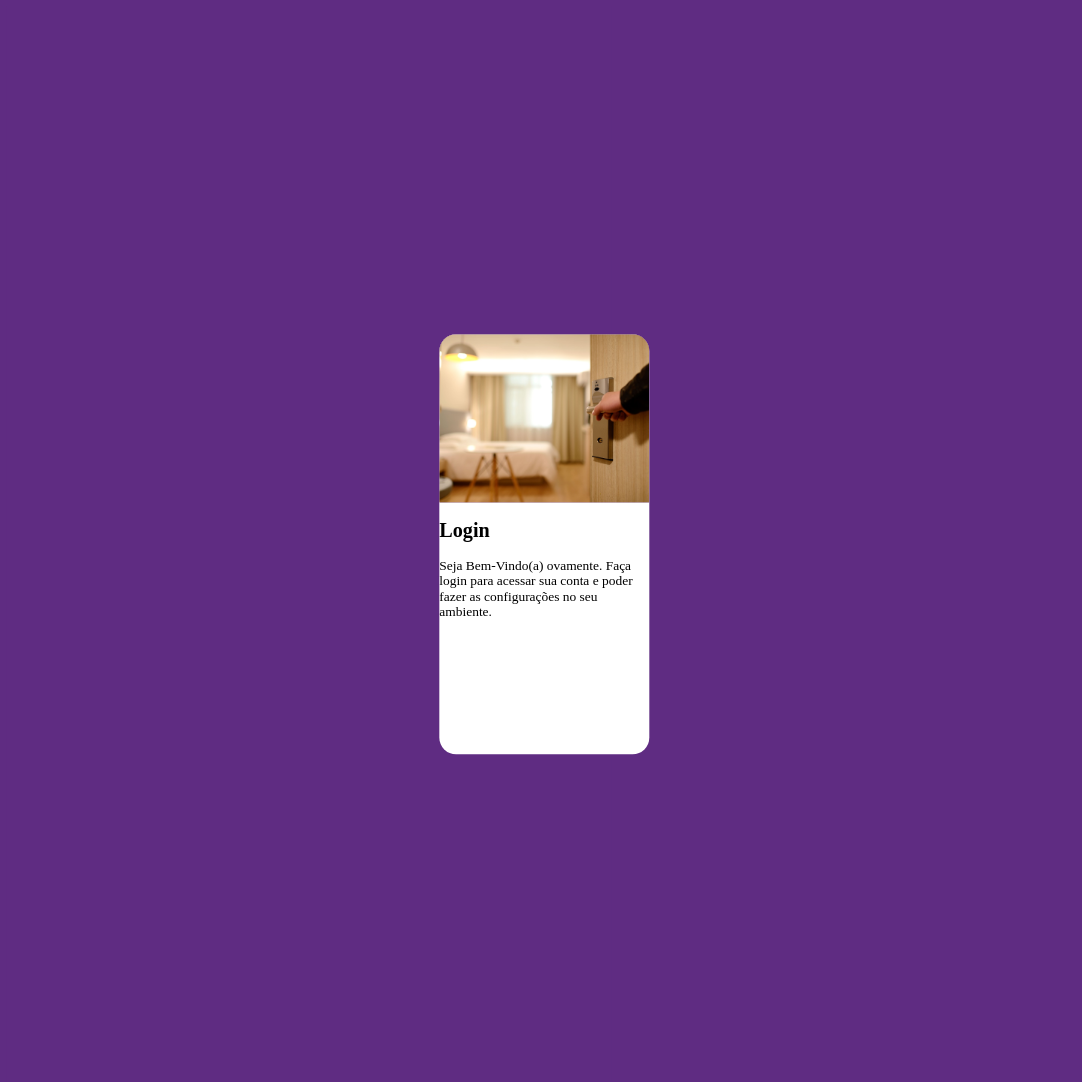
Repository: Guillermomarcon/Projeto-Login
Page: index.html
The author's editor kept a copy of each file at every save. The page is drawn from the files as they stood at one save, then again after a run of saves.
The browser window is 1280 px wide. The page is 1288 px wide, so the pictures cover 1288 px, including what lies to the right of the window. The pictures show the whole page, at 84% of full size.

Above is the page before, as saved 2022-09-03 14:15:31.

After the next 2 saves:
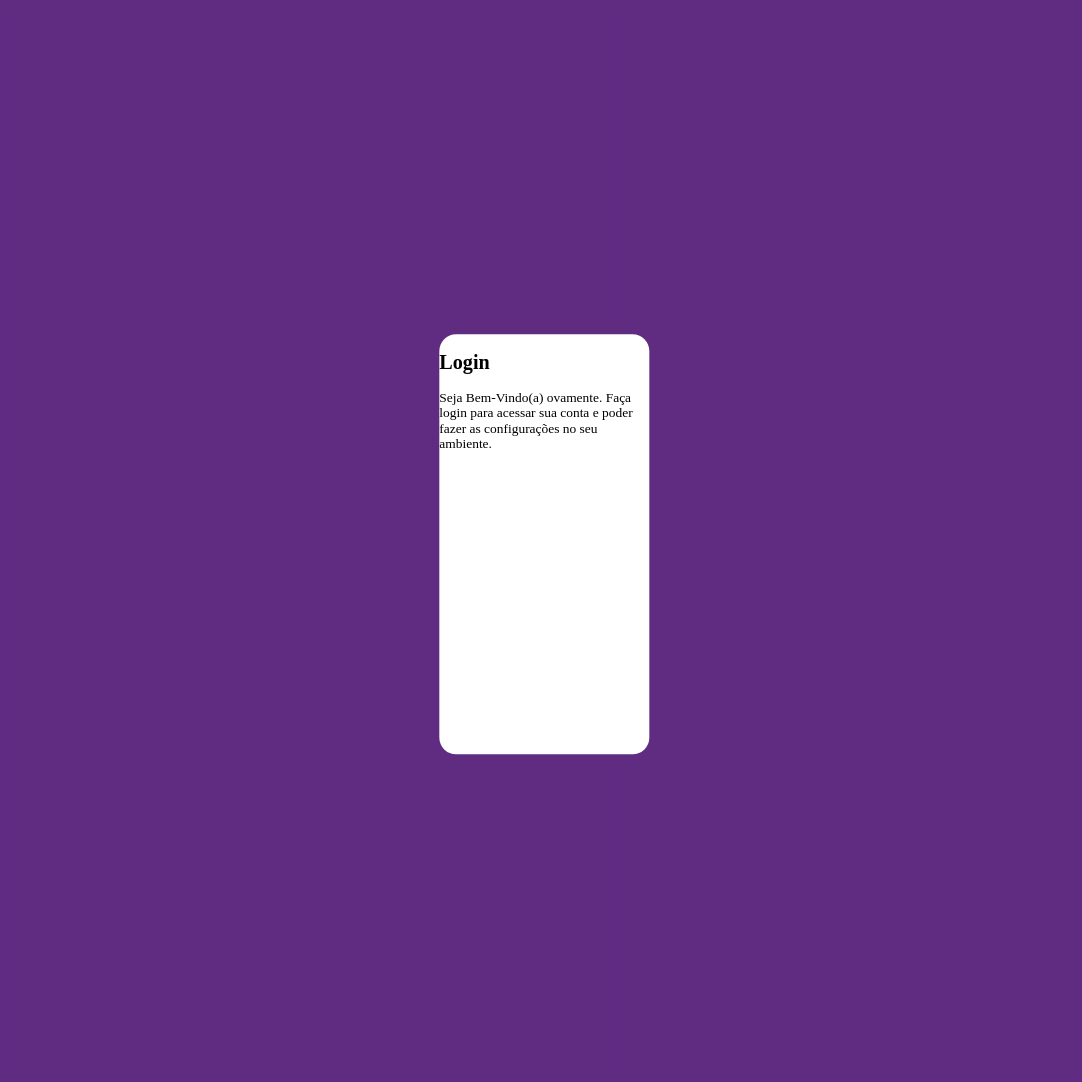
The 2 saves are shown as one change because they came seconds apart.
The last was saved 32 s later.
--- a/estilos/style.css
+++ b/estilos/style.css
@@ -41,5 +41,6 @@
 section#login > div#imagem {
     background: #5f2c82 url(../imagens/pexels-pixabay-271639.jpg) no-repeat;
     background-size: cover;
+    ba
     height: 200px;
 }

After the save that followed:
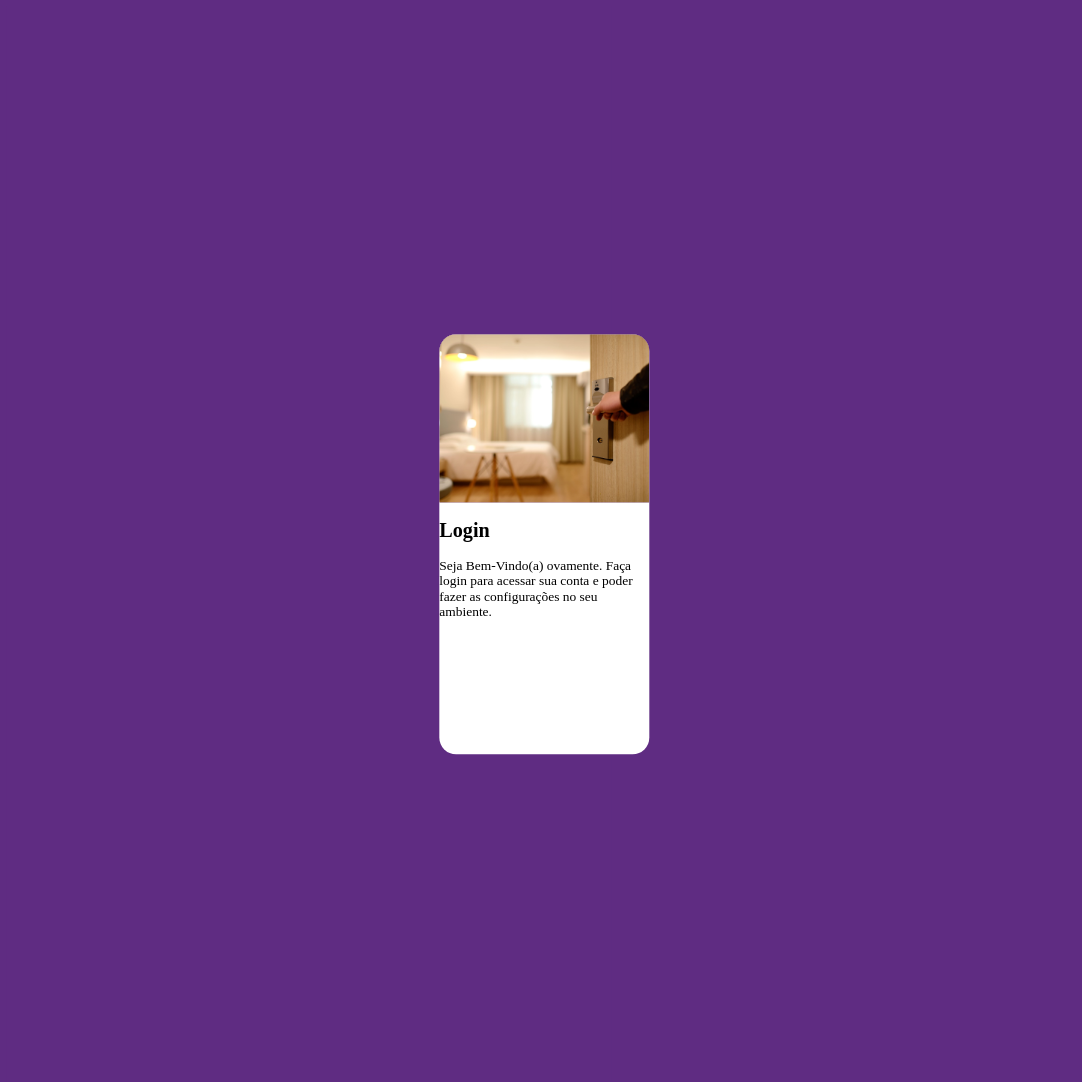
Saved 5 s later.
--- a/estilos/style.css
+++ b/estilos/style.css
@@ -41,6 +41,6 @@
 section#login > div#imagem {
     background: #5f2c82 url(../imagens/pexels-pixabay-271639.jpg) no-repeat;
     background-size: cover;
-    ba
+    background-position: ;
     height: 200px;
 }
